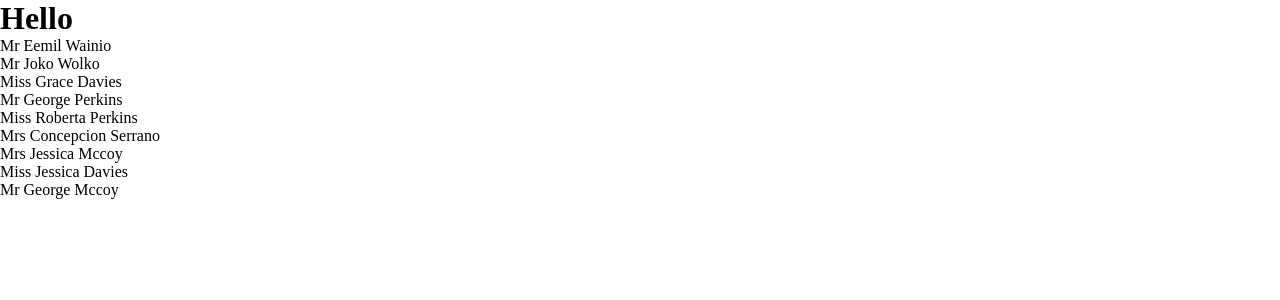
Repository: KrzysKolo/sr_tydzien5_zad4
Page: /
These files come from the project's save history. The page is drawn as it stood at one moment and after the next save; the edit follows.
The browser window is 1280 px wide. The pictures show the whole page.
The project was rebuilt for these pictures with package versions that can differ from the ones it lists, and the page was loaded fresh each time.

Above is the page before, as saved 2021-01-03 04:51:15.

### public/index.html
<!DOCTYPE html>
<html lang="en">
  <head>
    <meta charset="utf-8" />
    <link rel="icon" href="%PUBLIC_URL%/favicon.ico" />
    <meta name="viewport" content="width=device-width, initial-scale=1" />
    <meta name="theme-color" content="#000000" />
    <meta
      name="description"
      content="Web site created using create-react-app"
    />
    <link rel="apple-touch-icon" href="%PUBLIC_URL%/logo192.png" />
    <!--
      manifest.json provides metadata used when your web app is installed on a
      user's mobile device or desktop. See https://developers.google.com/web/fundamentals/web-app-manifest/
    -->
    <link rel="manifest" href="%PUBLIC_URL%/manifest.json" />
    <!--
      Notice the use of %PUBLIC_URL% in the tags above.
      It will be replaced with the URL of the `public` folder during the build.
      Only files inside the `public` folder can be referenced from the HTML.

      Unlike "/favicon.ico" or "favicon.ico", "%PUBLIC_URL%/favicon.ico" will
      work correctly both with client-side routing and a non-root public URL.
      Learn how to configure a non-root public URL by running `npm run build`.
    -->
    <title>User search</title>
  </head>
  <body>
    <noscript>You need to enable JavaScript to run this app.</noscript>
    <div id="root"></div>
    <!--
      This HTML file is a template.
      If you open it directly in the browser, you will see an empty page.

      You can add webfonts, meta tags, or analytics to this file.
      The build step will place the bundled scripts into the <body> tag.

      To begin the development, run `npm start` or `yarn start`.
      To create a production bundle, use `npm run build` or `yarn build`.
    -->
  </body>
</html>

### src/App.js
import React from 'react';
import UsersContainer from './components/UsersContainer';
import './App.css';


const App = () => {

  return (
    <>
      <h1>Hello</h1>
      <UsersContainer/>
    </>
  )
}

export default App;

### src/components/UsersContainer.js
import React, { useState, useEffect } from 'react';


const UsersContainer = () => {

  const UsersAPI = '/users.json';

  const [ users, setUsers ] = useState([]);

  useEffect(() => {

    fetch(UsersAPI)
      .then(res => res.json())
      .then(data => {
        console.log(data.users);
        setUsers(data.users);
      })
    }, []);

    const user = users.map(user => (
      <li key={user.id}>{user.title} {user.first} {user.last}</li>
    ))
    return (
        <ul>
					{user}
        </ul>
    )
}

export default UsersContainer;

### public/users.json
{
    "users": [
      {
        "id": 1,
        "title": "Mr",
        "first": "Eemil",
        "last": "Wainio"
       },
      {
        "id": 2,
        "title": "Mr",
        "first": "Joko",
        "last": "Wolko"
      },
      {
        "id": 3,
        "title": "Miss",
        "first": "Grace",
        "last": "Davies"
      },
      {
        "id": 4,
        "title": "Mr ",
        "first": "George ",
        "last": "Perkins"
      },
      {
        "id": 5,
        "title": "Miss",
        "first": "Roberta ",
        "last": "Perkins"
      },
      {
        "id": 6,
        "title": "Mrs ",
        "first": "Concepcion ",
        "last": "Serrano"
      },
      {
        "id": 7,
        "title": "Mrs ",
        "first": "Jessica ",
        "last": "Mccoy"
      },
      {
        "id": 8,
        "title": "Miss",
        "first": "Jessica",
        "last": "Davies"
      },
      {
        "id": 9,
        "title": "Mr",
        "first": "George",
        "last": "Mccoy"
      }
    ]
  }

Loaded but not shown: src/index.js (common file); src/App.css (common file)

After the next save:
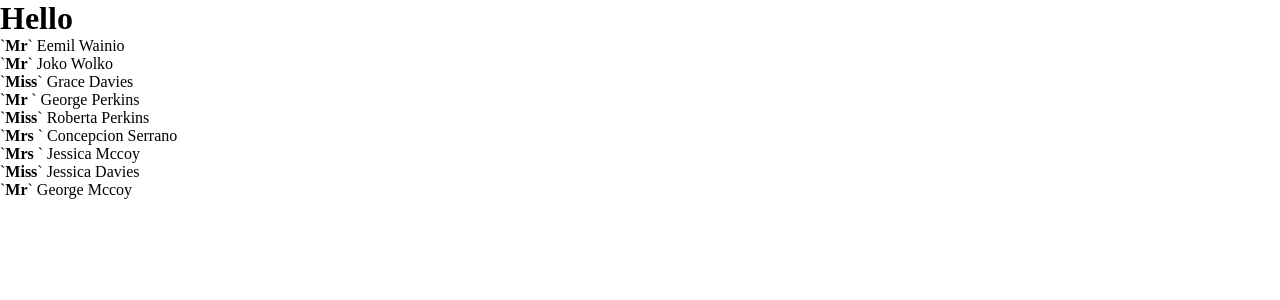
Saved 47 s later.
--- a/src/components/UsersContainer.js
+++ b/src/components/UsersContainer.js
@@ -18,7 +18,7 @@ const UsersContainer = () => {
     }, []);
 
     const user = users.map(user => (
-      <li key={user.id}>{user.title} {user.first} {user.last}</li>
+      <li key={user.id}>`<b>{user.title}</b>` {user.first} {user.last}</li>
     ))
     return (
         <ul>
